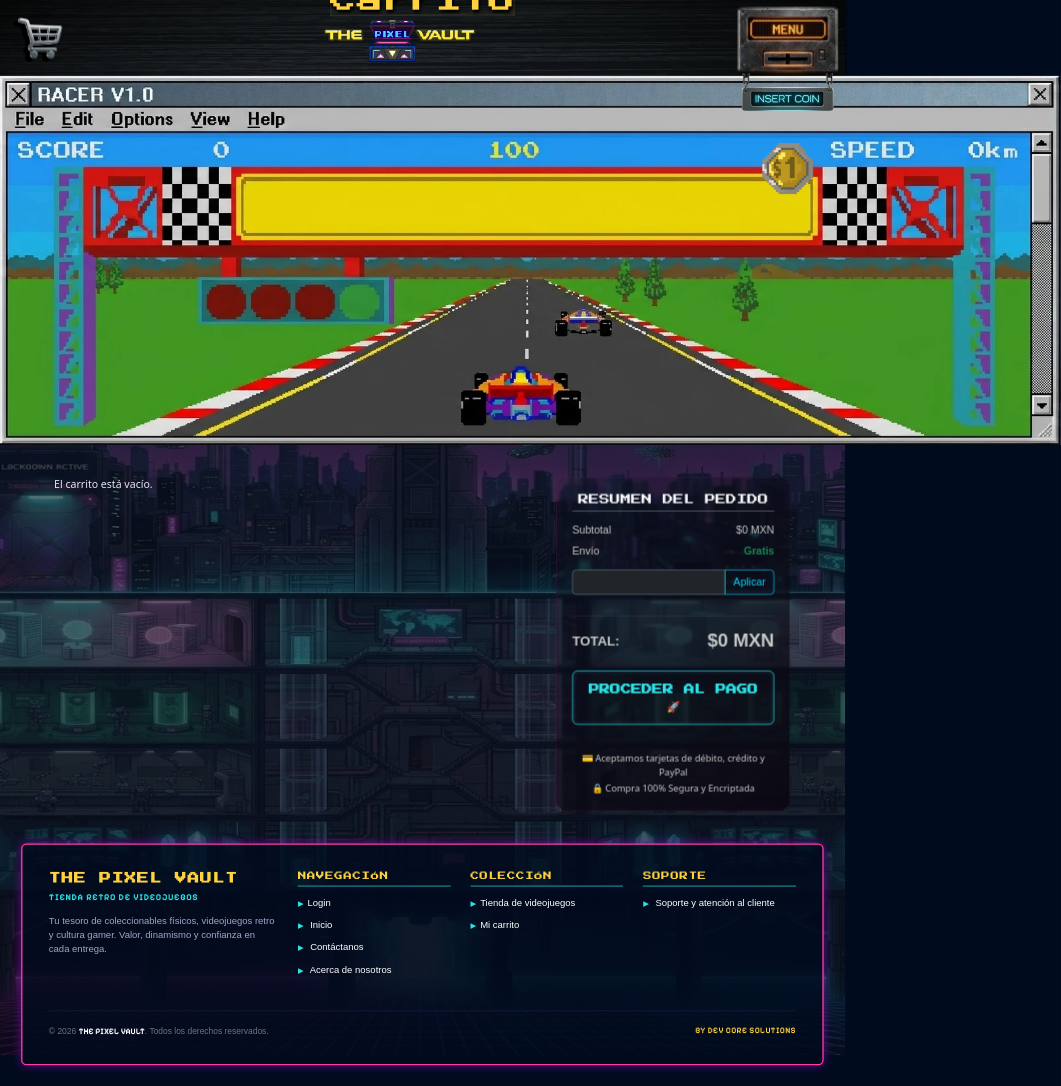
Repository: DianaSGarciaR/The-Pixel-Vault
Page: miCarrito.html
The author's editor kept a copy of each file at every save. The page is drawn from the files as they stood at one save, then again after the next save.
The browser window is 1280 px wide. The page is 1607 px wide, so the pictures cover 1607 px, including what lies to the right of the window. The pictures show the whole page, at 66% of full size.
Some web fonts or font styles are not loaded; a fallback is used.

Above is the page before, as saved 2026-10-21 17:06:15.
Console error: SyntaxError: Cannot use import statement outside a module

After the next save:
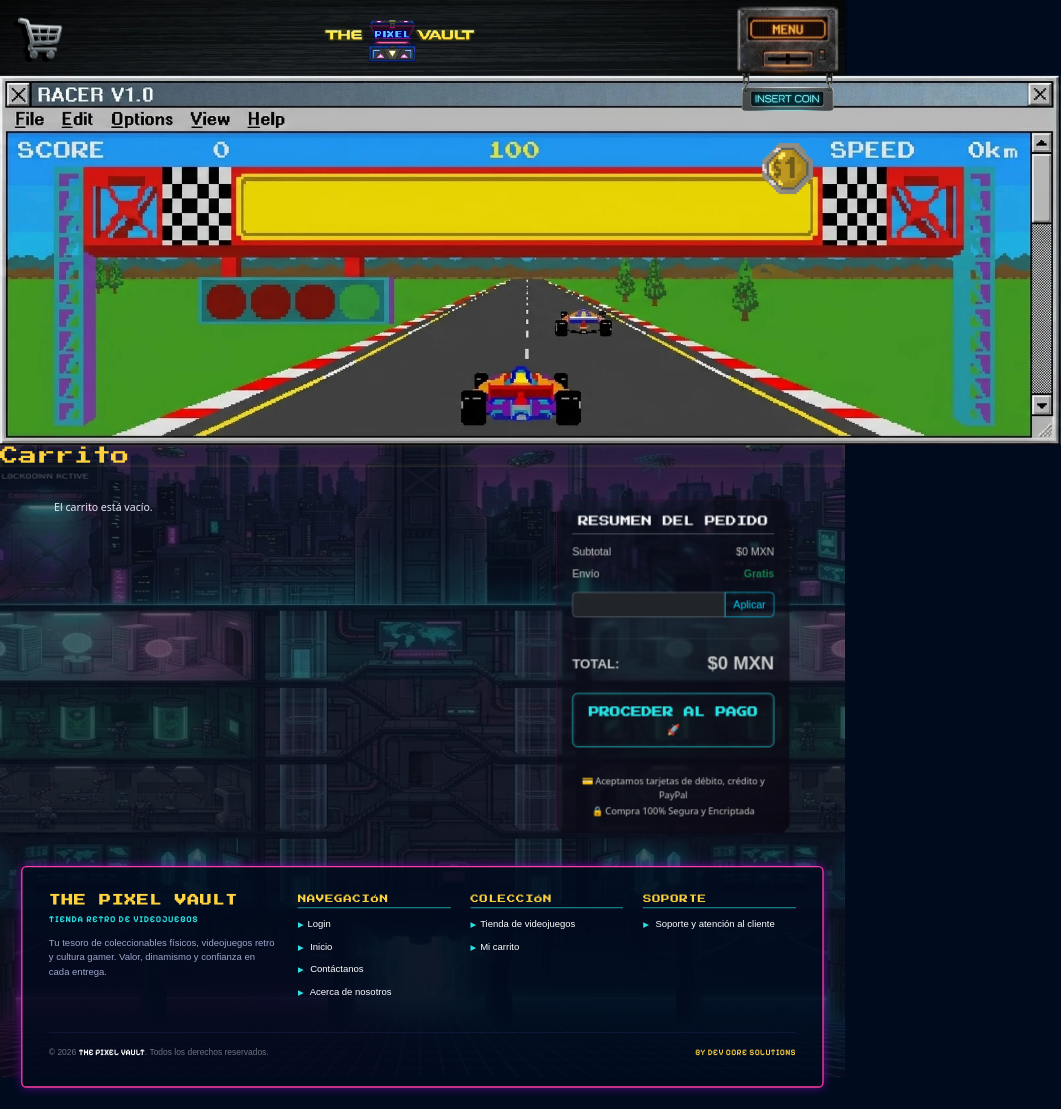
Saved 7 s later.
--- a/miCarrito.html
+++ b/miCarrito.html
@@ -30,7 +30,7 @@
     <img class="banner-frame-carrito" src="./assets/bannercarrito.webp" alt="Marco del Banner">
 
     <!-- Contenedor de la pantalla central con los botones -->
-    <div class="banner-screen">
+    <div class="banner-screen-carrito">
         <!-- El enlace envuelve al h3 para que sea clickeable -->
         <a href="acercaNosotros.html" style="text-decoration: none;">
             <h3 class="yellow-accent btn-yellow head">Carrito</h3>
